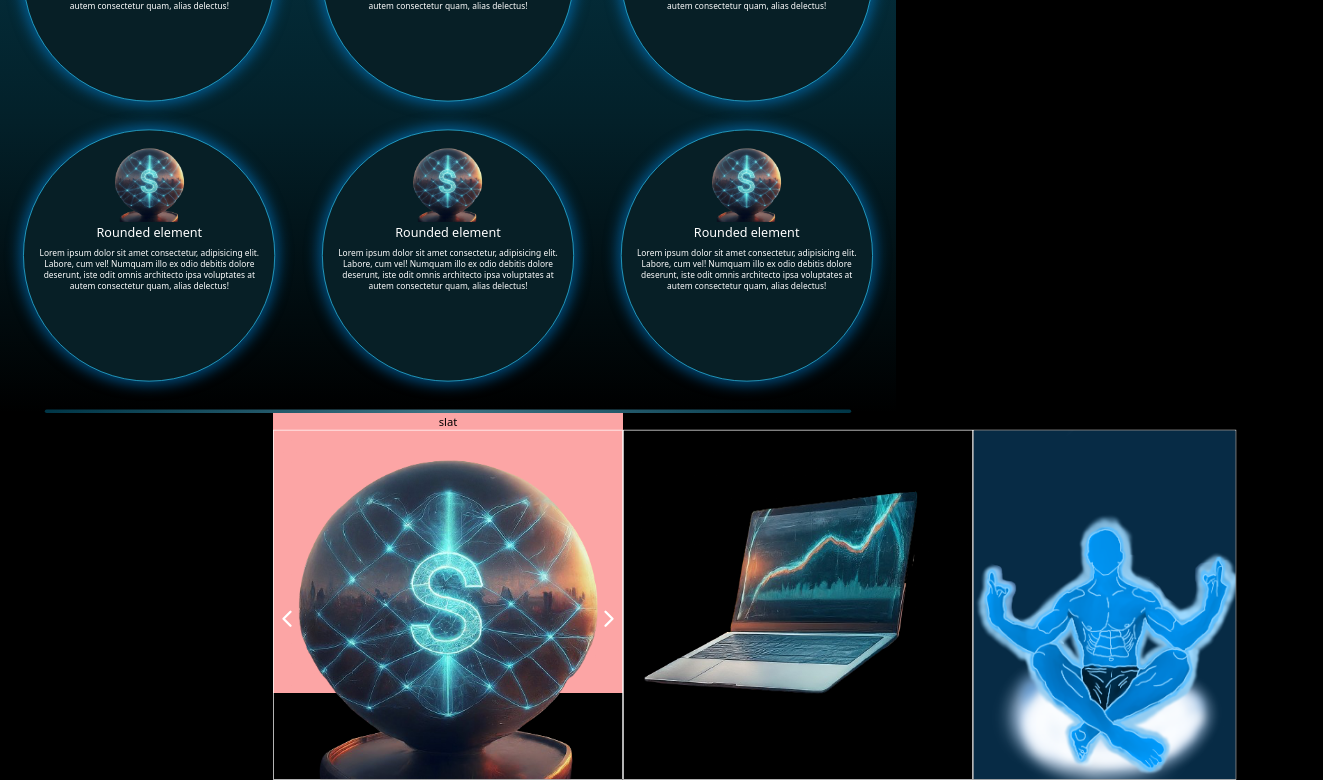
Repository: TMuse333/q3-desings2
Page: /
The author's editor kept a copy of each file at every save. The page is drawn from the files as they stood at one save, then again after the next save.
The browser window is 1280 px wide. The page is 1766 px wide, then 1890 px, so the pictures cover 1890 px, including what lies to the right of the window. The pictures show the part of the page from y = 980 to 2260 px (the page is 2094 px tall before and 2260 px after), at 70% of full size.
The project was rebuilt for these pictures with package versions that can differ from the ones it lists, and the page was loaded fresh each time. Also part of the build but not shown: vite.config.ts.

Above is the page before, as saved 2024-05-11 14:19:53.

### src/main.tsx
import React from 'react'
import ReactDOM from 'react-dom/client'
import App from './App.js'
import './index.css'
import {ContextProvider} from './context/context'

ReactDOM.createRoot(document.getElementById('root')!).render(
  <ContextProvider>
  <React.StrictMode>
    <App />
  </React.StrictMode>
  </ContextProvider>,
)

### src/App.tsx


import './App.css'

import Homepage from './components/homepage/homepage'

function App() {


  return (
    <>
<Homepage/>
    </>
  )
}

export default App

### src/index.css
@tailwind base;
@tailwind components;
@tailwind utilities;

#root{
    background-color: black;
    height:100vh;
}

body{
    background-color: black;
}

button{
    padding:0.5rem 2rem;
    background-color: black;
    color:white;
    border-radius: 1rem;
}

h1{
    color:white;
    font-size: 2rem;
}

p{
    color:white;
    /* font-size: 1.5rem; */
}

button{
    background-color: #00769e;
}

.glow {
    box-shadow: 0 0 20px 5px #3e7384;
    box-shadow: 0 0 20px 5px #003647;
box-shadow: 0 0 20px 5px rgba(2, 148, 245, 0.5);
}

.glow:hover{
    box-shadow: 0 0 40px 5px rgba(2, 148, 245, 0.5);
}

### src/context/context.tsx
import React, { createContext, useState, useContext, ReactNode, useEffect } from 'react';

// Define the type for the context value
interface GeneralContextType {
  textYPosition: number;
  setTextYPosition: React.Dispatch<React.SetStateAction<number>>;
  isMobile: boolean;
  setIsMobile: React.Dispatch<React.SetStateAction<boolean>>;
  setSecondCircleComplete:React.Dispatch<React.SetStateAction<boolean[]>>;
  secondCircleComplete: boolean[];
  isMobile2: boolean;
  setIsMobile2: React.Dispatch<React.SetStateAction<boolean>>;
  handleCircleComplete: (index: number, value: boolean) => void;
}

// Create the context
export const GeneralContext = createContext<GeneralContextType | undefined>(undefined);

// Create a provider component
export const ContextProvider: React.FC<{ children: ReactNode }> = ({ children }) => {
  // Initialize the value state
  const [textYPosition, setTextYPosition] = useState<number>(0);

  // Detect mobile devices
  const [isMobile, setIsMobile] = useState<boolean>(window.innerWidth <= 655);

  const [isMobile2, setIsMobile2] = useState<boolean>(window.innerWidth <= 655);

  const [secondCircleComplete, setSecondCircleComplete] = useState<boolean[]>(
    Array.from({ length: 7 }, () => false)
  );

  const handleCircleComplete = (index: number, value: boolean) => {
    setSecondCircleComplete((prev) => {
      const newState = [...prev]; // Create a copy of the previous state array
      newState[index] = value; // Update the value at the specified index
      return newState; // Return the new state array
    });
  };



  useEffect(() => {
    const handleScroll = () => {
      setIsMobile(window.innerWidth <= 655);
    };
    window.addEventListener('scroll', handleScroll);
    handleScroll();

    return () => {
      window.removeEventListener('scroll', handleScroll);
    };
  }, []);

  useEffect(() => {
    const handleScroll = () => {
      setIsMobile2(window.innerWidth <= 400);
    };
    window.addEventListener('scroll', handleScroll);
    handleScroll();

    return () => {
      window.removeEventListener('scroll', handleScroll);
    };
  }, []);

  useEffect(() => {
    console.log('is mobile', isMobile);
  }, [isMobile]);

  const contextValue = {
    textYPosition,
    setTextYPosition,
    isMobile,
    setIsMobile,
    secondCircleComplete,
    setSecondCircleComplete,
    isMobile2,
    setIsMobile2,
    handleCircleComplete
  };

  return <GeneralContext.Provider value={contextValue}>{children}</GeneralContext.Provider>;
};

export const useGeneralContext = (): GeneralContextType => {
  const context = useContext(GeneralContext);
  if (!context) {
    throw new Error('useGeneralContext must be used within a ContextProvider');
  }
  return context;
};

### src/App.css
#root {
  max-width: 1280px;
  margin: 0 auto;
  padding: 2rem;
  text-align: center;
}

.logo {
  height: 6em;
  padding: 1.5em;
  will-change: filter;
  transition: filter 300ms;
}
.logo:hover {
  filter: drop-shadow(0 0 2em #646cffaa);
}
.logo.react:hover {
  filter: drop-shadow(0 0 2em #61dafbaa);
}

.h1{
  color:red;
}

@keyframes logo-spin {
  from {
    transform: rotate(0deg);
  }
  to {
    transform: rotate(360deg);
  }
}

@media (prefers-reduced-motion: no-preference) {
  a:nth-of-type(2) .logo {
    animation: logo-spin infinite 20s linear;
  }
}

.card {
  padding: 2em;
}

.read-the-docs {
  color: #888;
}

### src/components/homepage/homepage.tsx
import React from "react";
import { CircleInfoGraphic } from "../circleInfographic/circleInfoGraphic";
import Content from "../content/content";
import q3 from '../../media/q3-visuals-logo-2.png'
import TextFormat from "../textFormat/textFormat";

// import { TextParallaxContentExample } from "../parallaxText/parallaxText";
import MultiLayerParallax from "../mountainParallax/mountainParallax";
import ParticlesComponent from "../particles/particles";
import nobgLaptop from '../../media/Gemini_Generated_Image_r055a1r055a1r055-removebg-preview.png'
import moneyBall from '../../media/futuristic-money-ball-removebg-preview.png'
import { description1 } from "../../data/data";
import AlternatingText from "../alternatingText/alternatingText";

import CircleList from "../circleListElement/circleList";
import Carousel from "../carousel/carousel";


const Homepage: React.FC = () => {

    const images = [
        moneyBall,
        nobgLaptop,
        q3
    ]


    // useEffect(() => {
    //     const loadTime = window.performance.timing.loadEventEnd - window.performance.timing.navigationStart;
    //     console.log('Page load time:', loadTime, 'milliseconds');
    // }, []);



    return (
        <section className="absolute top-0 left-0 w-screen">


            {/* <ParticlesComponent/> */}
            <MultiLayerParallax/>

            {/* <TextParallaxContentExample/> */}

            {/* <Content
            mainTitle='Your digital presence is important'
            image={nobgLaptop}
            customText={null}
            reverse={true}
            description={description1}
            floatingImage={true}
            hasAnimation={true}
            />

            <AlternatingText/>

            <Content
            mainTitle='Benefits of a website'
            image={moneyBall}
            customText={<TextFormat
            isAnimated={true}
            reverse={false}/>}
            reverse={false}
            description={null}
            floatingImage={true}
            hasAnimation={true}

            /> */}



{/* <div className="relative bg-gradient-to-b from-[#043747] via-[#032029] to-transparent w-screen">
<CircleList/>
</div> */}

<div className="relative bg-gradient-to-b from-[#043747] via-[#032029] to-transparent w-screen">

<CircleInfoGraphic/>
</div>


<Carousel images={images}

/>




        </section>
    )
}


export default Homepage

### src/components/circleInfographic/circleInfoGraphic.tsx
import React, {useState,useRef } from "react";
import ball from '../../media/futuristic-money-ball-removebg-preview.png'
import { motion,Variants} from 'framer-motion'
import useIntersectionObserver from "../intersectionObserver/intersectionObserver";
interface CircleProps {
    image:string
}

const CircleElement: React.FC<CircleProps> = ({image}) => {

    const [inView, setInView] = useState<boolean>(false)

    const options = {
        root: null,
        rootMargin: '-25px',
        threshold: 1,
    };

    // Apply intersection observer hook to detect when the component is in view
    const componentRef = useIntersectionObserver(setInView, options);

    const circleVariants:Variants =  {
        initial:{
            opacity:0,
            y:-60
        },
        animate:{
            opacity:1,
            y:0
        }
    }

    return (
        <motion.section
        ref={componentRef}
        variants={circleVariants}
        initial='initial'
        animate={inView ? 'animate' : 'initial'}
         className={`mt-5 mb-5
        rounded-full bg-[#071f26] hover:bg-[#0e3a47]
        mr-auto ml-auto transition-all
        h-[95vw] w-[95vw] border border-[#2dc0eb]
        flex flex-col  shadow-xl max-w-[360px]
        max-h-[360px]
        sm:w-[48vw] sm:h-[48vw]
        lg:w-[32vw] lg:h-[32vw]
        ${inView ? 'glow' : ''}`}>

            <div className="mt-4">
            <img className="w-[35vw]
            max-w-[115px] max-h-[115px] h-[35vw]
            sm:w-[10vw] sm:h-[10vw] object-cover
            mr-auto ml-auto"
            src={image}
            />
            <h1 className="text-3xl sm:text-lm lg:text-lg ">Rounded element</h1>
            <p className=" ml-auto mr-auto text-sm sm:text-xs pr-5 pl-5 pt-2">Lorem ipsum dolor sit amet consectetur, adipisicing elit. Labore, cum vel! Numquam illo ex odio debitis dolore deserunt, iste odit omnis architecto ipsa voluptates at autem consectetur quam, alias delectus!</p>
            </div>
        </motion.section>
    )
}


export const CircleInfoGraphic = () => {

    return (
        <>
          <div className="mt-5
        w-[90vw] h-[5px]
         bg-gradient-to-r from-[#003647] via-[#3e7384] to-[#003647]
        ml-auto mr-auto rounded-[200rem]
        ">

       </div>
        <section className={`flex
         justify-center flex-col items-center
          sm:grid sm:grid-cols-2 lg:grid-cols-3
           gap-4 lg:gap-0 w-screen max-w-[1500px]  ml-auto mr-auto
          `}>
            <CircleElement
            image={ball}/>
             <CircleElement
            image={ball}/>
                  <CircleElement
            image={ball}/>
             <CircleElement
            image={ball}/>
             <CircleElement
            image={ball}/>
                  <CircleElement
            image={ball}/>
        </section>
        <div className="mt-5
        w-[90vw] h-[5px]
         bg-gradient-to-r from-[#003647] via-[#3e7384] to-[#003647]
        ml-auto mr-auto rounded-[200rem]">

       </div>
       </>
    )
}

### src/components/mountainParallax/mountainParallax.tsx
import  { useRef } from "react";
import bottom from '../../media/bottom-mountain.png'

import full from '../../media/no-bg-mountain.png'
import q3 from '../../media/q3-words.png'
import { motion, useScroll, useTransform } from 'framer-motion'

export default function MultiLayerParallax() {
    const ref = useRef(null);
    const { scrollYProgress } = useScroll({
      target: ref,
      offset: ["start start", "end start"],
    });
    const backgroundY = useTransform(scrollYProgress, [0, 1], ["0%", "100%"]);
    const textY = useTransform(scrollYProgress, [0, 1], ["-20%", "200%"]);

    return (
      <div
        ref={ref}
        className="w-full h-screen overflow-hidden relative grid place-items-center"
      >
       {/* <motion.div className="z-10 relative"
         style={{ y: textY }}> */}
        <motion.img
style={{
    y:textY
}}
        src={q3}
          className="relative z-10 b"
        />
        {/* <motion.h1 className="relative z-10"
        style={{
            y:textY
        }}>
            slatry
        </motion.h1> */}


        <motion.p style={{
             y:textY
        }}
         className="text-white text-2xl relative z-10  mt-[-30rem] sm:-mt-[40rem]">Elevating Brands with discipline and creativity
         </motion.p>
         {/* </motion.div> */}


        <motion.div
          className="absolute inset-0 z-0"
          style={{
            backgroundImage: `url(${full})`,
            backgroundPosition: "bottom",
            backgroundSize: "cover",
            y: backgroundY,
          }}
        />
        <div
          className="absolute inset-0 z-20"
          style={{
            backgroundImage: `url(${bottom})`,
            backgroundPosition: "bottom",
            backgroundSize: "cover",
          }}
        />
      </div>
    );
  }

### src/components/carousel/carousel.tsx
import React, {useState} from 'react'
import { ChevronLeft, ChevronRight } from "react-feather";

interface CarouselProps {
    images:string[]
}


const Carousel:React.FC<CarouselProps> = ({images}) =>{

    const [imageIndex, setImageIndex] = useState<number>(0)

    const handleNext = () => {
        setImageIndex((prevIndex) => (prevIndex + 1) % images.length);
        console.log('image index',imageIndex)
      };

      const handlePrev = () => {
        setImageIndex((prevIndex) => (prevIndex - 1 + images.length) % images.length);
      };

    return (
        <>

        <div className='w-screen  z-3
flex
justify-center items-center'>


        <section className=' relative w-[500px] bg-red-300
        h-[400px]   '>
            slat



            <div className='flex   relative '
             >
                {images.map((image,index) => (
                    <img src={image}
                    key={index}
                    className='transition-transform
                    h-[500px]
                    border border-white
                    '
                    style={{
                        transform:`translateX(-${imageIndex * 150}%)`
                    }}

                    />
                ))}
                    <div className=' w-[100%]
                    flex flex-row justify-between
                    top-[50%]'>



                <button className='bg-transparent absolute
                left-[0%] top-[50%] p-0'>
                    <ChevronLeft
                    onClick={handlePrev}
                    size={40}/>
                </button>

                <button className='bg-transparent absolute
                right-[0%] top-[50%] p-0'>
                 <ChevronRight
                 onClick={handleNext}
                 size={40}/>
                </button>
            </div>
            </div>
        </section>
        </div>
            </>

    )
}

export default Carousel

### src/components/intersectionObserver/intersectionObserver.tsx
import { useEffect, useRef, Dispatch, SetStateAction } from "react";

interface IntersectionObserverOptions {
  root: Element | null;
  rootMargin?: string;
  threshold?: number | number[];
}

const useIntersectionObserver = (
  setInView: Dispatch<SetStateAction<boolean>>,
  options: IntersectionObserverOptions
) => {
  const componentRef = useRef<HTMLDivElement>(null);

  useEffect(() => {
    const observer = new IntersectionObserver(([entry]) => {
      // Update the state based on whether the component is in view
      if (entry.isIntersecting) {
        setInView(true);
        observer.disconnect();
      }
    }, options);

    if (componentRef.current) {
      observer.observe(componentRef.current);
    }

    return () => {
      if (componentRef.current) {
        observer.unobserve(componentRef.current);
      }
    };
  }, [setInView, options]);

  return componentRef;
};

export default useIntersectionObserver;

### tailwind.config.js
/** @type {import('tailwindcss').Config} */
export default {
  content: [
    "./index.html",
    "./src/**/*.{js,ts,jsx,tsx}",
  ],
  theme: {
    extend: {
      screens:{
        'sm':'655px',
        'md':'865px',
        'sm2':'860px',
        'lg':'900px'
      },
      colors: {
        'q-blue' : '#00bfff'
      }
    },
  },
  plugins: [],
}

Loaded but not shown: index.html (common file)

After the next save:
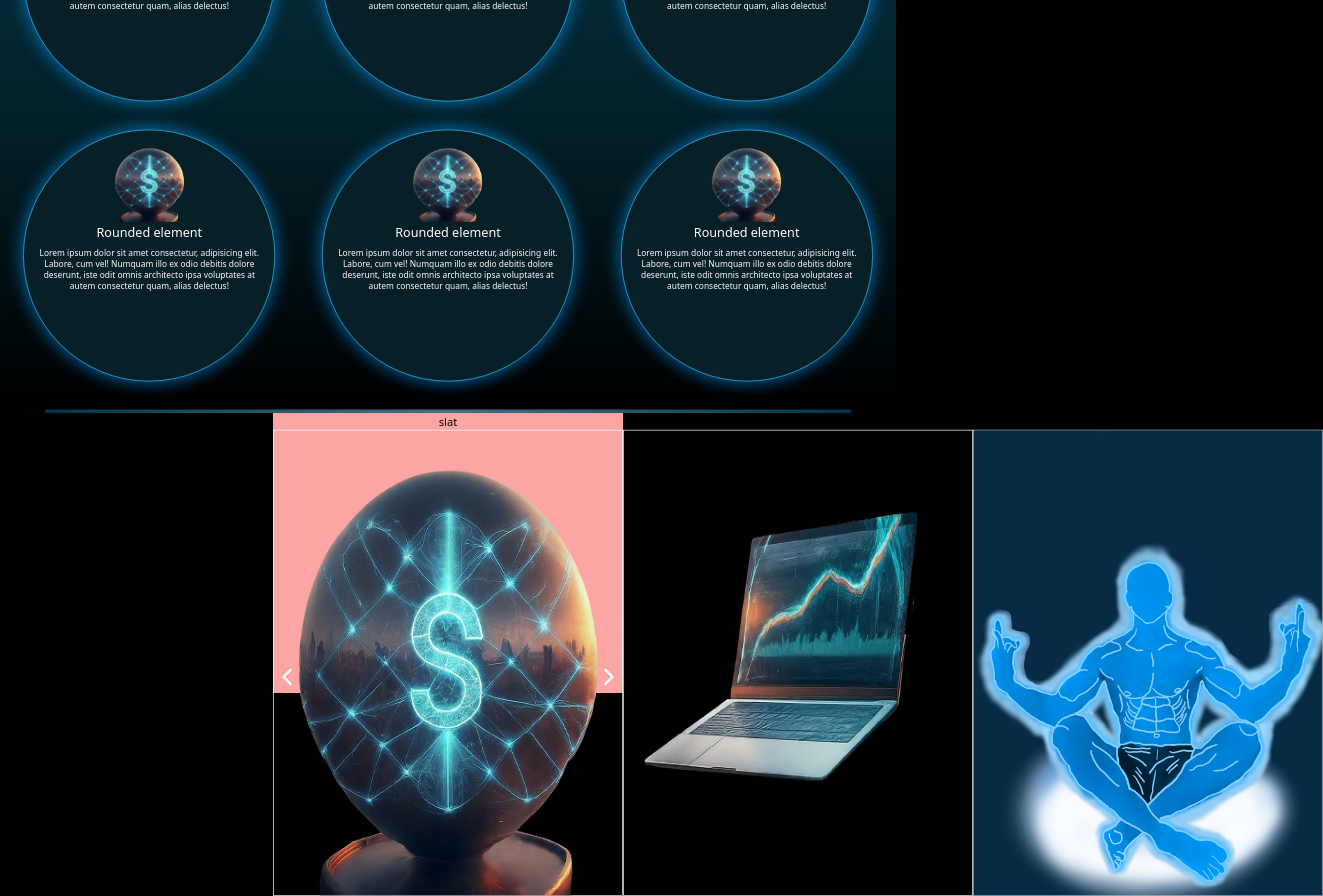
Saved 51 s later.
--- a/src/components/carousel/carousel.tsx
+++ b/src/components/carousel/carousel.tsx
@@ -39,7 +39,7 @@ justify-center items-center'>
                     <img src={image}
                     key={index}
                     className='transition-transform
-                    h-[500px]
+
                     border border-white
                     '
                     style={{
